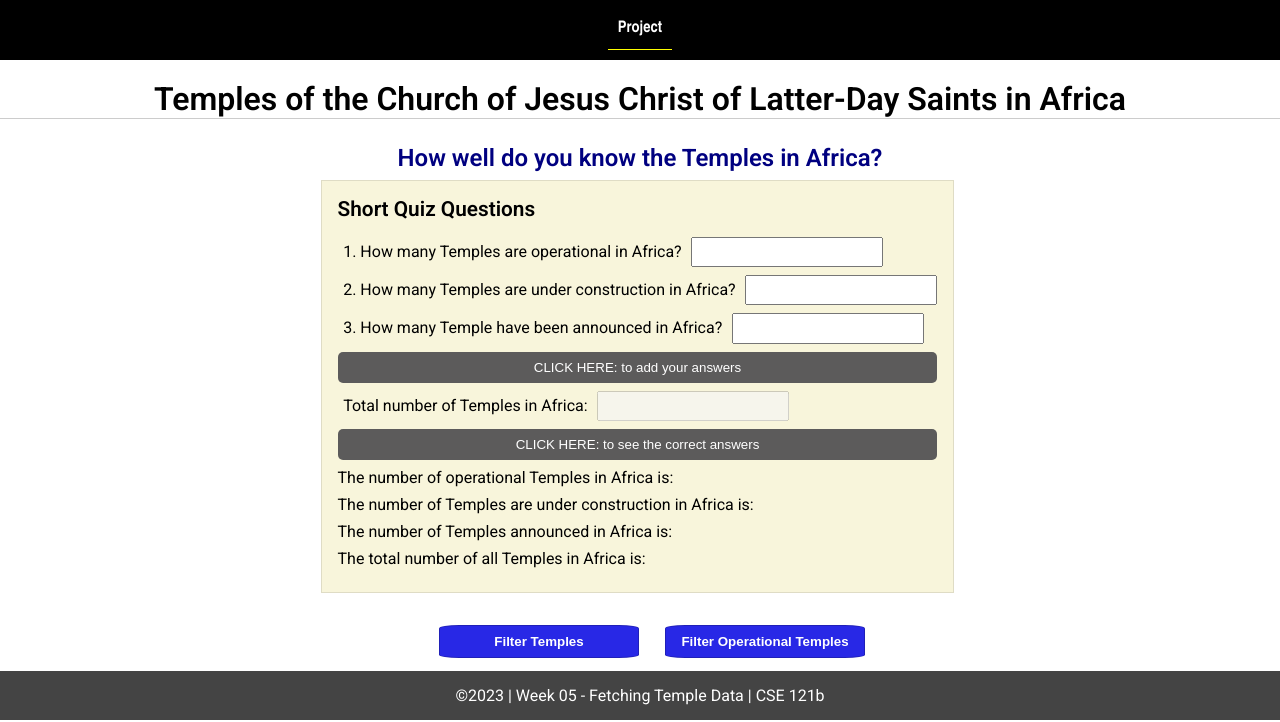
Repository: mszakutumela/cse121b
Page: Project/project.html
An editor plug-in stored every save of this project. The page is shown before and after the next save, followed by the edit.
The browser window is 1280 px wide. The pictures show the whole page.
The page's requests for data from a server got no answer.

Above is the page before, as saved 2023-10-27 11:49:06.

After the next save:
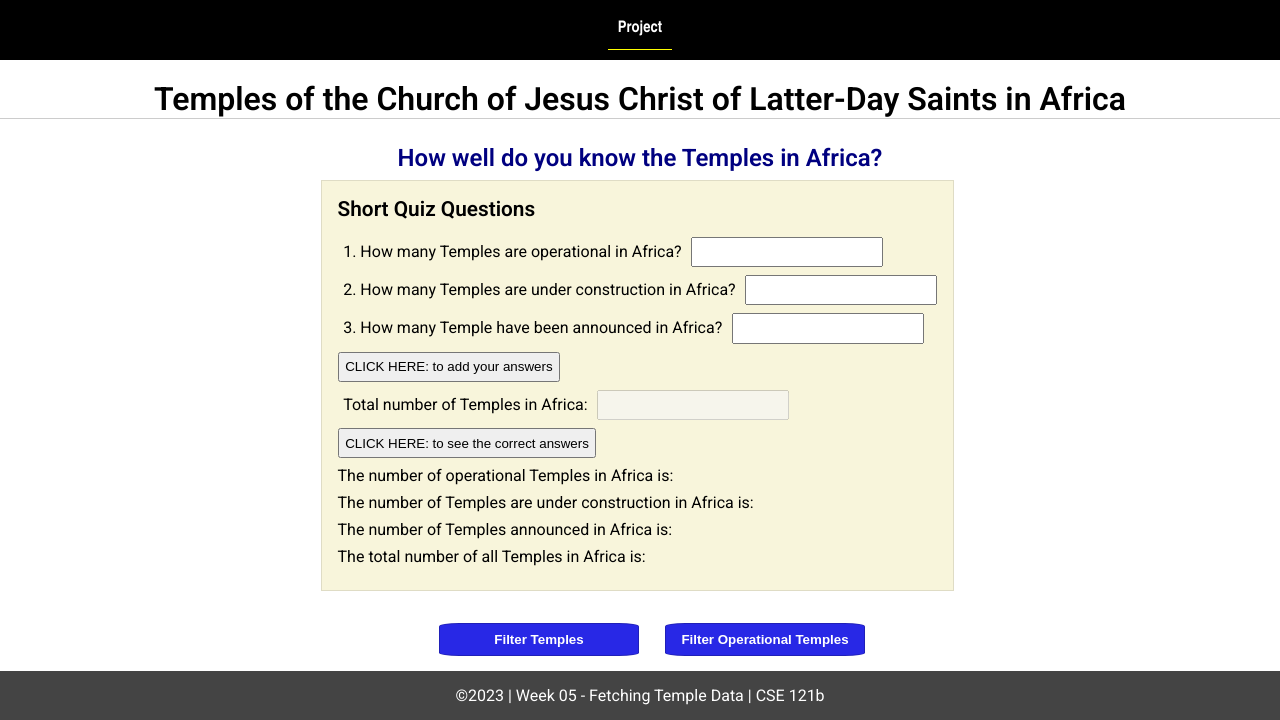
Saved 2 min 58 s later.
--- a/Project/styles/main.css
+++ b/Project/styles/main.css
@@ -129,7 +129,7 @@
     padding: .35rem;
 }
 
-input[type="button"] {
+input[type="button1"] {
     padding: .5rem;
     background-color: #5c5b5b;
     color: white;
